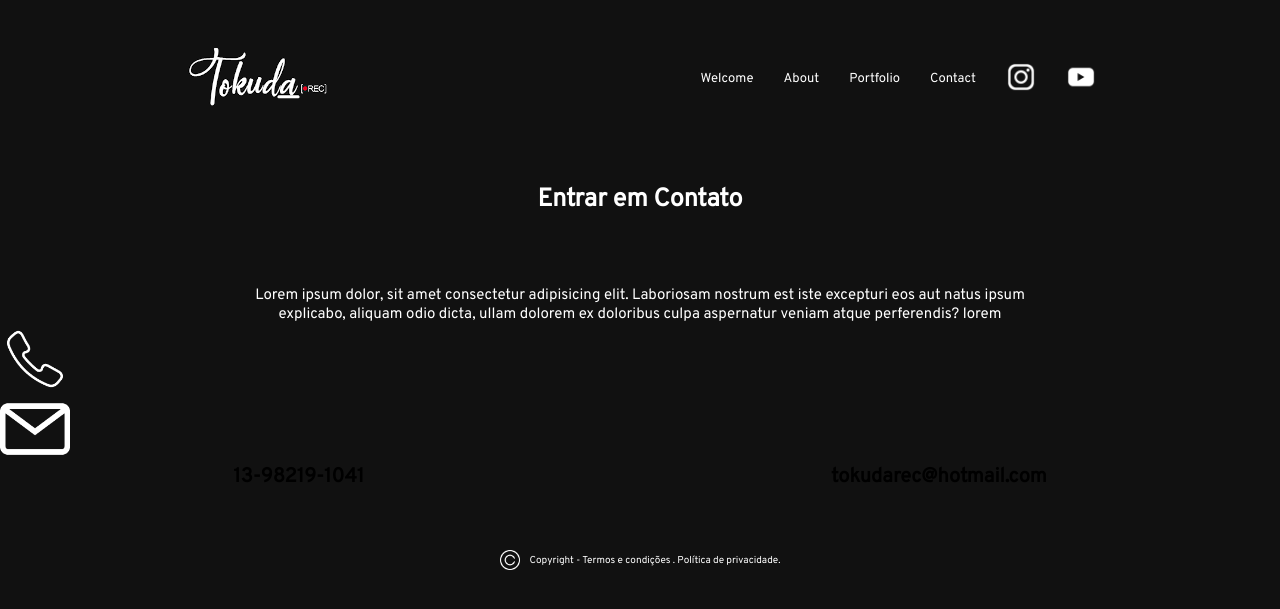
Repository: Lucasbeze/Project-FilmMaker
Page: projeto-alex/pages/contact.html
These files come from the project's save history. The page is drawn as it stood at one moment and after a run of saves; the edit follows.
The browser window is 1280 px wide. The pictures show the whole page.

Above is the page before, as saved 2022-08-26 16:35:56.

After the next 2 saves:
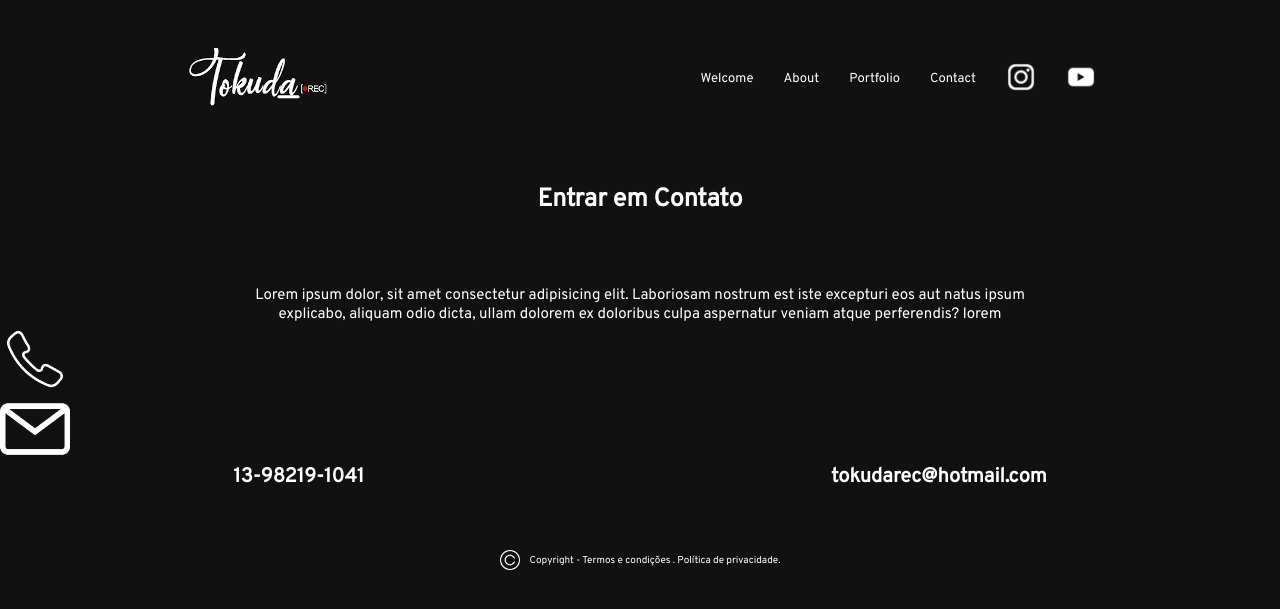
The 2 saves are shown as one change because they came seconds apart.
The last was saved 7 s later.
--- a/projeto-alex/css/contact.css
+++ b/projeto-alex/css/contact.css
@@ -62,9 +62,10 @@ main {
   width: 7rem;
 }
 .content {
+  color: var(--text-color);
   display: flex;
-    justify-content: space-around;
-    align-items: center;
+  justify-content: space-around;
+  align-items: center;
 }
 footer{
   margin-top: 6rem;
